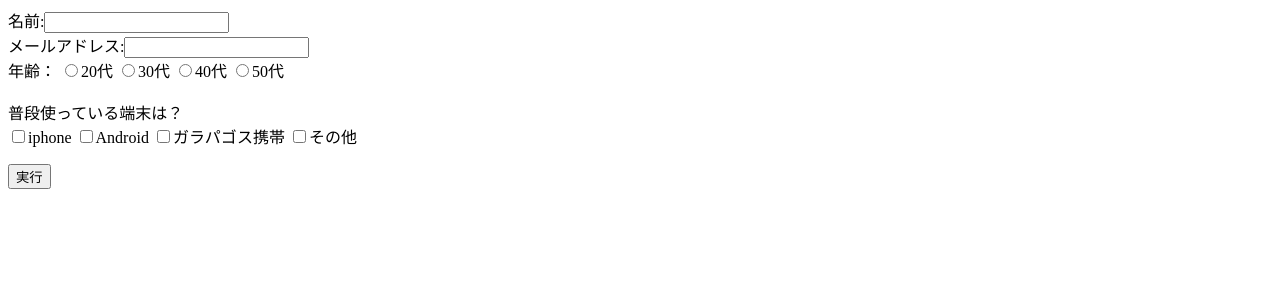
Repository: keita0055/game
Page: nakamura/index.html
The author's editor kept a record of every edit. The page is drawn from the files as they stood at one moment, then again after the next edit.
The browser window is 1280 px wide. The pictures show the whole page.

Above is the page before.

After the next edit:
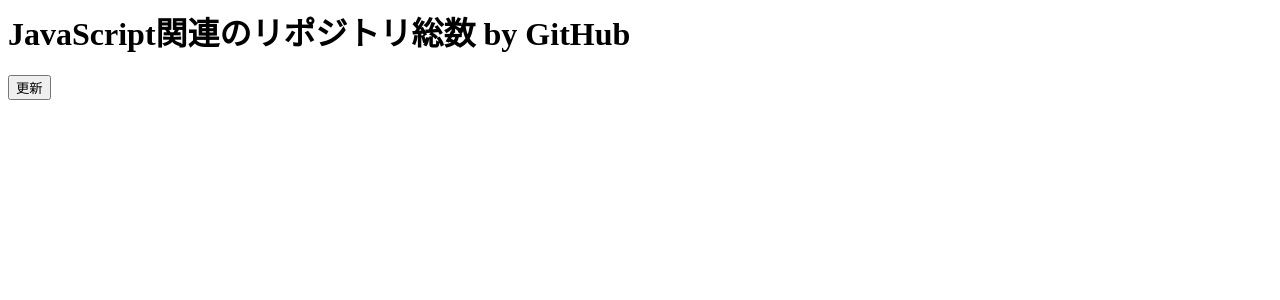
The edit:
--- a/nakamura/index.html
+++ b/nakamura/index.html
@@ -1,48 +1,36 @@
 <html lang="ja">
   <head>
     <meta charset="utf-8">
-    <title>JavaScriptの練習</title>
+    <title>GitHub APIを利用したサンプル</title>
   </head>
 <body>
-  <form name="myForm">
-      <label>名前:<input type="text" name="mame"/></label>
-      <br>
-      <label>メールアドレス:<input type="email" name="email"/></label>
-      <br>
+  <h1>JavaScript関連のリポジトリ総数 by GitHub</h1>
 
-      <label>年齢：</label>
-    <input type="radio" name="age" value="20" />20代
-    <input type="radio" name="age" value="30" />30代
-    <input type="radio" name="age" value="40" />40代
-    <input type="radio" name="age" value="50" />50代
-
-    <br><br>
-
-    <label>普段使っている端末は？</label><br/>
-    <input type="checkbox" name="phone" value="iphone" />iphone
-    <input type="checkbox" name="phone" value="Android" />Android
-    <input type="checkbox" name="phone" value="ガラパゴス携帯" />ガラパゴス携帯
-    <input type="checkbox" name="phone" value="その他" />その他
-  </form>
-
-  <button id="btn">実行</button>
-  </div>
+  <button id="btn">更新</button>
+  <div id="result"></div>
 
   <script>
+    const url = 'https://api.github.com/search/repositories?q=javascript';
     const btn = document.getElementById('btn');
+    const result = document.getElementById('result');
 
-btn.addEventListener('click', () => {
-    const form = document.forms.myForm;
-    console.log(form.name.value);
-    console.log(form.email.value);
-    console.log(form.age.value);
+    const createResult = item => {
+      const h2 = document.createElement('h2');
 
-    form.os.forEach(item => {
+      h2.textContent = 'リポジトリの総数は、' + item.total_count + '件です！';
 
-        if(item.checked) console.log(item.value);
+      result.appendChild(h2);
+    }
 
-    });
-});
+    btn.addEventListener('click', () => {
+
+      result.innerHTML = '';
+
+      fetch(url)
+      .then(data => data.json())
+      .then(data => createResult(data))
+
+    })
   </script>
 </body>
 </html>

After the 4 edits that followed:
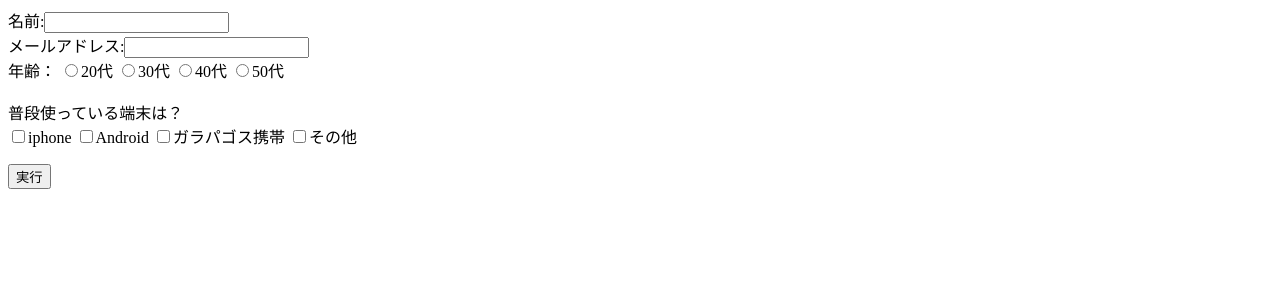
The 4 edits are shown as one change because 3 left the picture as it was.
The edit:
--- a/nakamura/index.html
+++ b/nakamura/index.html
@@ -1,36 +1,48 @@
 <html lang="ja">
   <head>
     <meta charset="utf-8">
-    <title>GitHub APIを利用したサンプル</title>
+    <title>JavaScriptの練習</title>
   </head>
 <body>
-  <h1>JavaScript関連のリポジトリ総数 by GitHub</h1>
+  <form name="myForm">
+      <label>名前:<input type="text" name="name"/></label>
+      <br>
+      <label>メールアドレス:<input type="email" name="email"/></label>
+      <br>
 
-  <button id="btn">更新</button>
-  <div id="result"></div>
+      <label>年齢：</label>
+    <input type="radio" name="age" value="20" />20代
+    <input type="radio" name="age" value="30" />30代
+    <input type="radio" name="age" value="40" />40代
+    <input type="radio" name="age" value="50" />50代
+
+    <br><br>
+
+    <label>普段使っている端末は？</label><br/>
+    <input type="checkbox" name="phone" value="iphone" />iphone
+    <input type="checkbox" name="phone" value="Android" />Android
+    <input type="checkbox" name="phone" value="ガラパゴス携帯" />ガラパゴス携帯
+    <input type="checkbox" name="phone" value="その他" />その他
+  </form>
+
+  <button id="btn">実行</button>
+  </div>
 
   <script>
-    const url = 'https://api.github.com/search/repositories?q=javascript';
     const btn = document.getElementById('btn');
-    const result = document.getElementById('result');
 
-    const createResult = item => {
-      const h2 = document.createElement('h2');
+btn.addEventListener('click', () => {
+    const form = document.forms.myForm;
+    console.log(form.name.value);
+    console.log(form.email.value);
+    console.log(form.age.value);
 
-      h2.textContent = 'リポジトリの総数は、' + item.total_count + '件です！';
+    form.os.forEach(item => {
 
-      result.appendChild(h2);
-    }
+        if(item.checked) console.log(item.value);
 
-    btn.addEventListener('click', () => {
-
-      result.innerHTML = '';
-
-      fetch(url)
-      .then(data => data.json())
-      .then(data => createResult(data))
-
-    })
+    });
+});
   </script>
 </body>
 </html>
